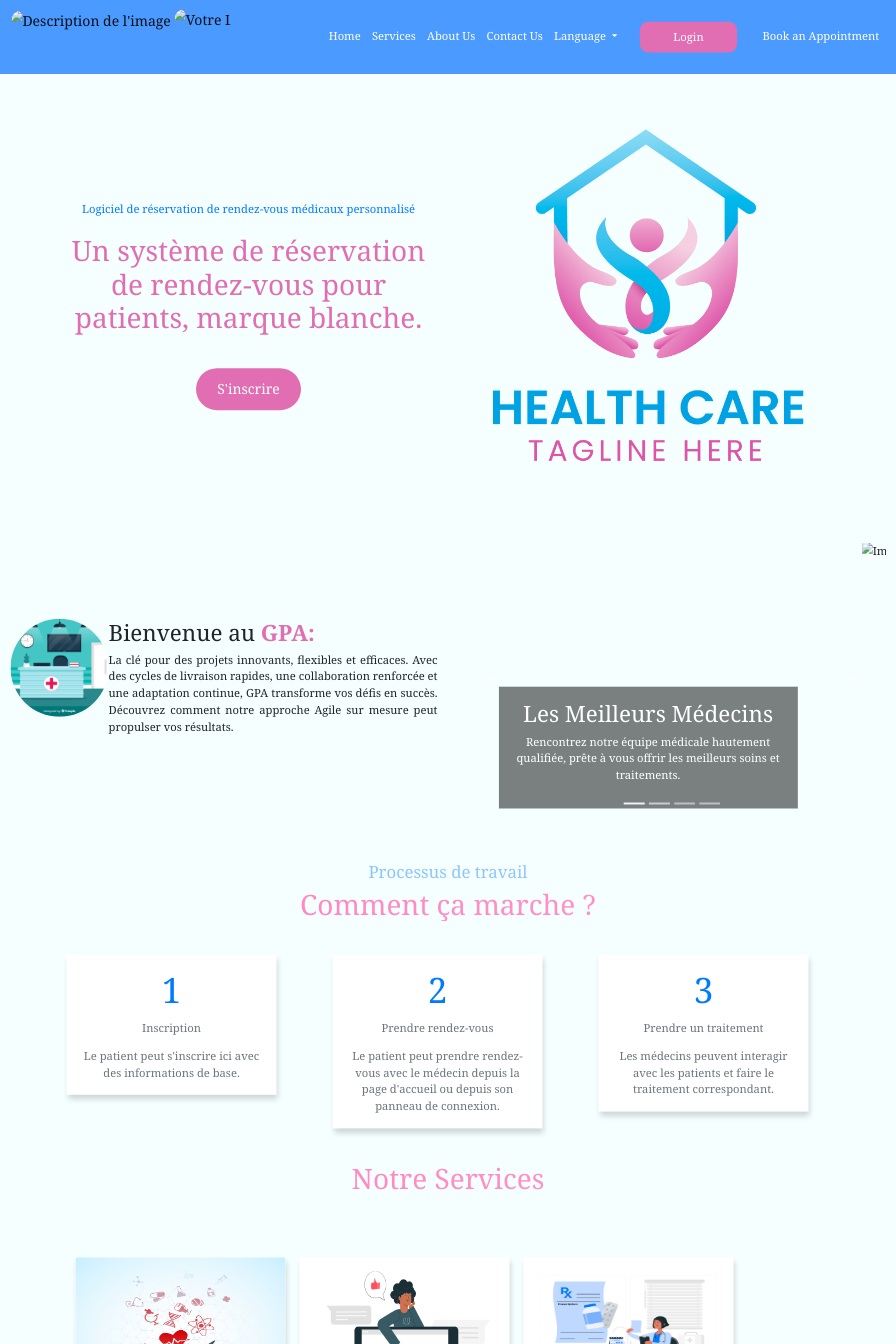
Repository: SalmaElhaou/Scrum-Project
Page: http://localhost/
An editor plug-in stored every save of this project. The page is shown before and after the next save, followed by the edit.
The browser window is 1280 px wide. The pictures show the part of the page from y = 0 to 1920 px (the page is 3188 px tall before and 3618 px after), at 70% of full size.
Some web libraries are served in a nearby version. The page is served by the project's Laravel application, run on PHP 8.4 with Laravel 10.

Above is the page before, as saved 2025-02-01 21:51:21.

After the next save:
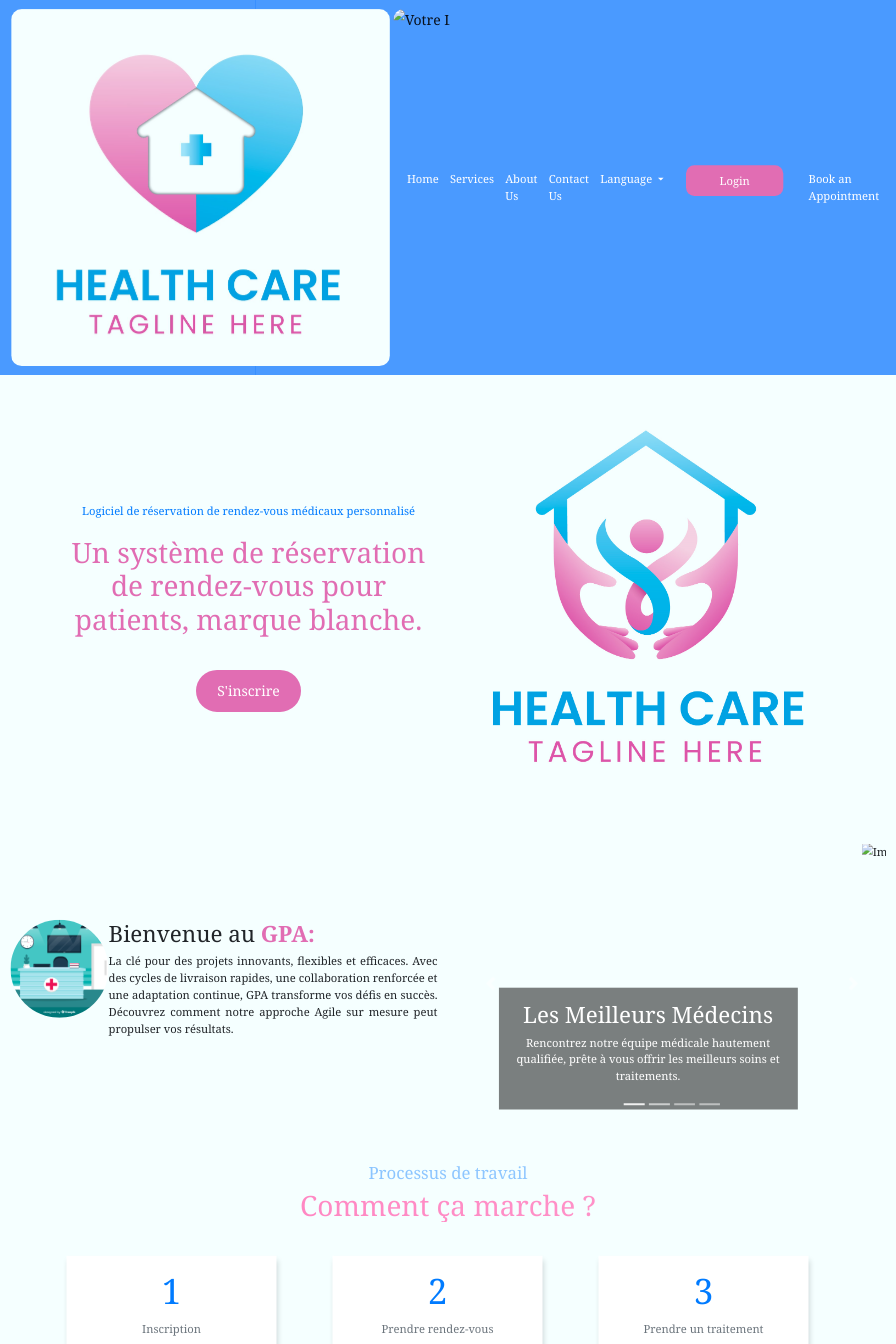
Saved 6 s later.
--- a/resources/views/welcome.blade.php
+++ b/resources/views/welcome.blade.php
@@ -290,7 +290,7 @@
   <!-- Navbar -->
   <nav class="navbar navbar-expand-lg navbar-light sticky-top " style="background-color: rgba(56, 143, 255, 0.9);">
     <a class="navbar-brand" href="#">
-      <img src="{{ asset('images/image1.jpg') }}" alt="Description de l'image" class="img-fluid">
+      <img src="{{ asset('img/healthcare.jpg') }}" alt="Description de l'image" class="img-fluid">
       <img src="" width="80" height="80" class="d-inline-block align-top" alt="Votre Logo">
     </a>
     <button class="navbar-toggler" type="button" data-toggle="collapse" data-target="#navbarNav" aria-controls="navbarNav" aria-expanded="false" aria-label="Toggle navigation">
